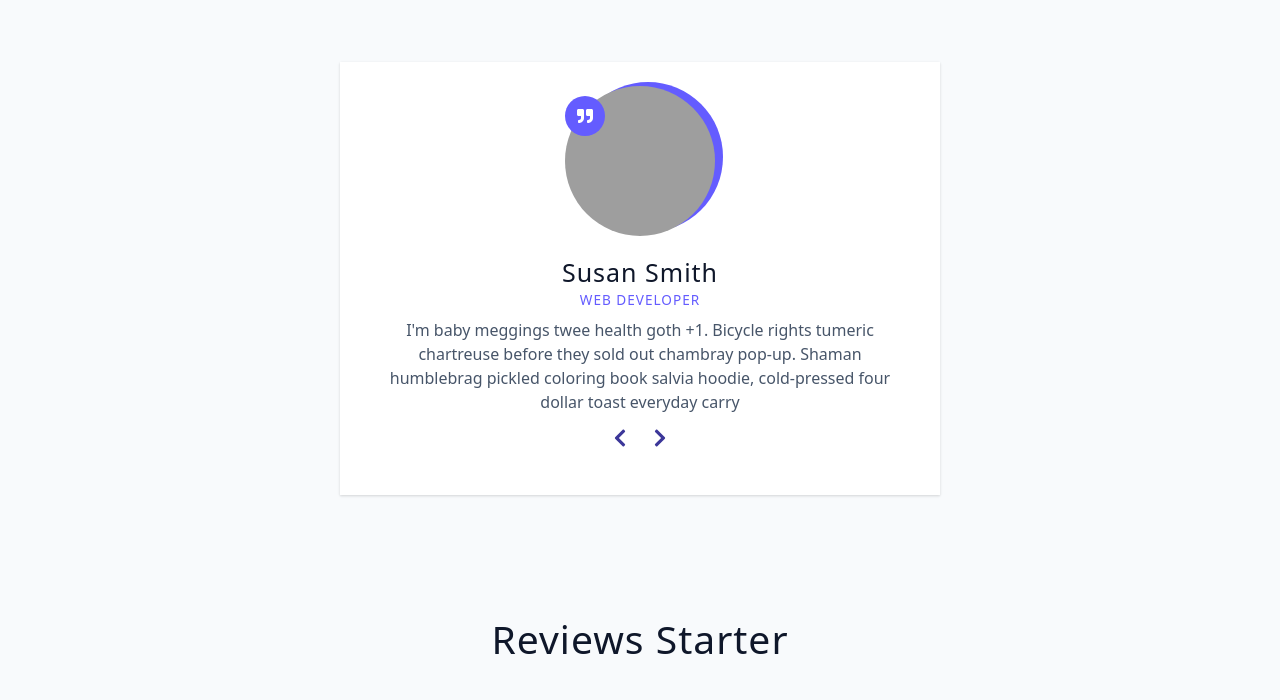
Repository: Maryie-B/React-Practice-Projects
Page: / (app in Reviews/)
An editor plug-in stored every save of this project. The page is shown before and after the next save, followed by the edit.
The browser window is 1280 px wide. The pictures show the whole page.
Pictures or frames that could not be fetched are drawn as grey boxes. The project was rebuilt for these pictures with package versions that can differ from the ones it lists, and the page was loaded fresh each time. Also part of the build but not shown: Reviews/vite.config.js.

Above is the page before, as saved 2023-06-07 11:56:52.

After the next save:
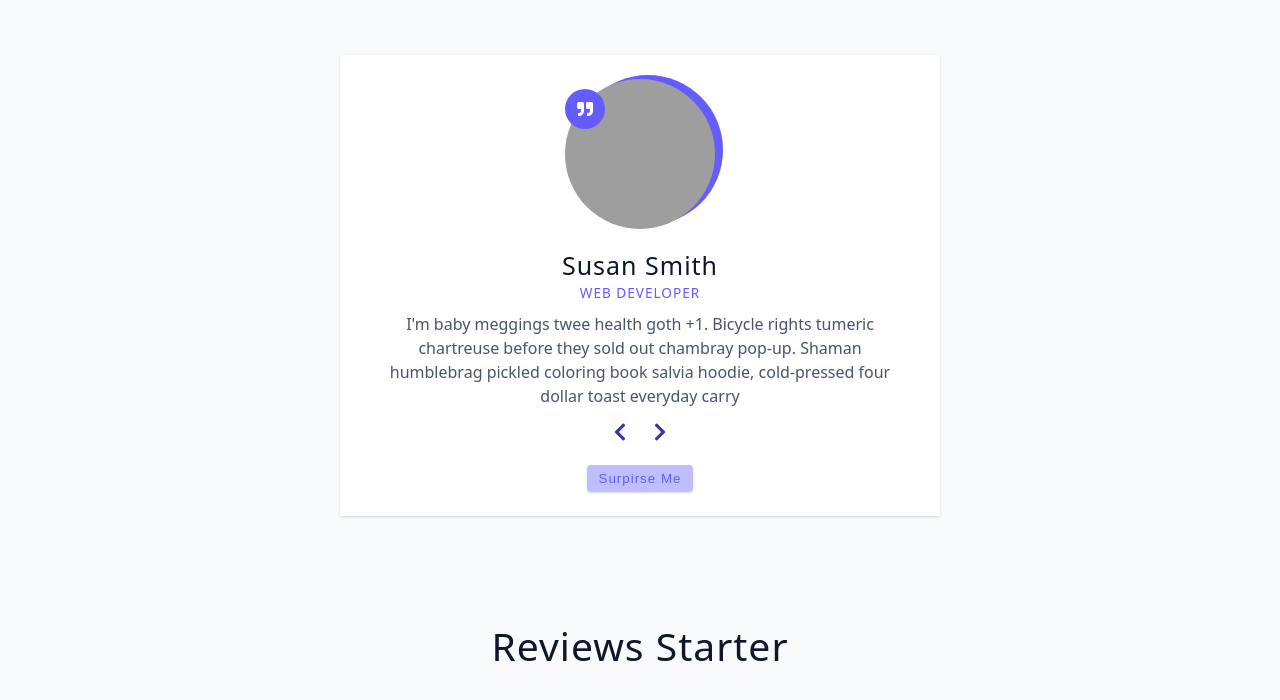
Saved 3 min 38 s later.
--- a/Reviews/src/App.jsx
+++ b/Reviews/src/App.jsx
@@ -28,6 +28,10 @@ const App = () => {
     });
   };
 
+  const randomPerson = () => {
+    let randomNumber = Math.floor(Math.random * people.length);
+    console.log(randomNumber);
+  };
 
   return <main>
     <article className="review">
@@ -48,6 +52,7 @@ const App = () => {
           <FaChevronRight />
         </button>
       </div>
+      <button className="btn btn-hipster" onClick={randomPerson}>Surpirse me</button>
     </article>
     <h2>Reviews Starter</h2>
     </main>;
